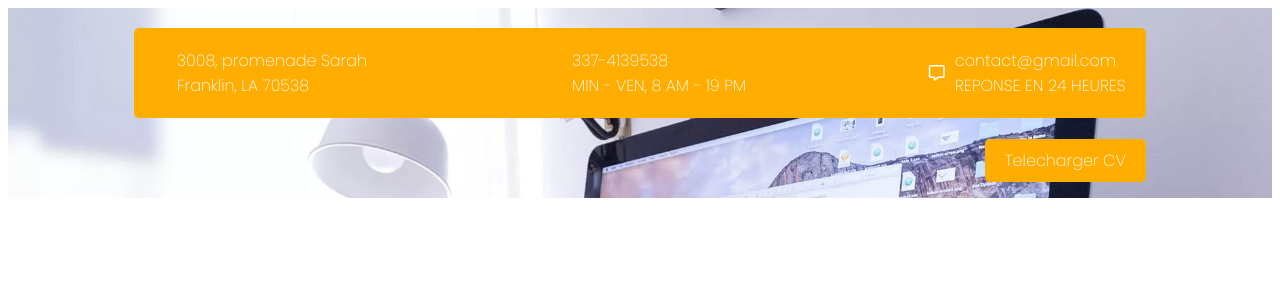
Repository: wadelfadill/CV_PORTFOLIO
Page: index.html
An editor plug-in stored every save of this project. The page is shown before and after the next save, followed by the edit.
The browser window is 1280 px wide. The pictures show the whole page.

Above is the page before, as saved 2023-03-13 12:19:08.

After the next save:
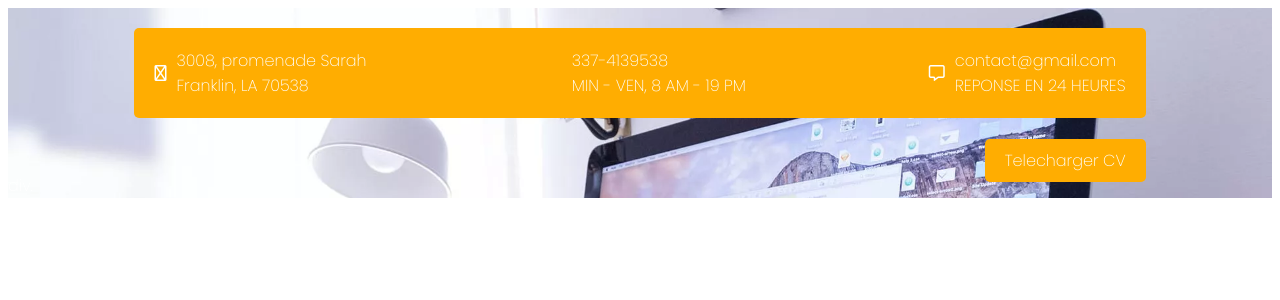
Saved 22 s later.
--- a/index.html
+++ b/index.html
@@ -22,7 +22,7 @@
         <div class="head">
             <div class="address">
                 <div class="add-1">
-                    <div class="add-icone"><i class="fa-light fa-location-dot"></i></div>
+                    <div class="add-icone"><i class="fa-regular fa-location-dot"></i></div>
                     <div class="add-text">3008, promenade Sarah <br> Franklin, LA 70538</div>
                 </div>
                 <div class="add-1">
